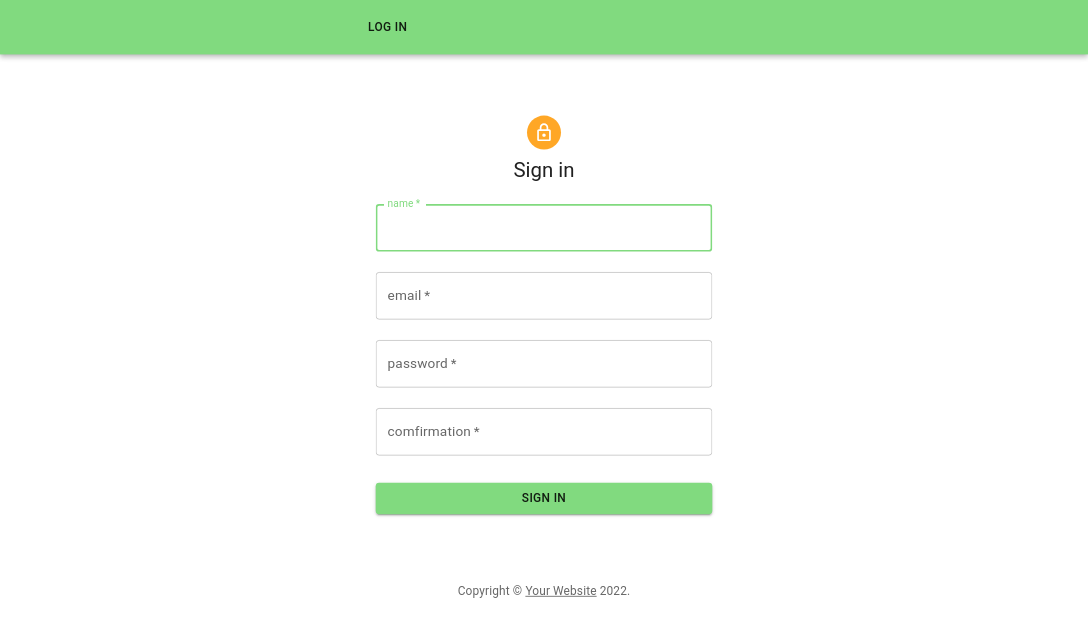
Repository: motohiro0410/motsufood
Page: /signIn (app in frontend/)
The author's editor kept a copy of each file at every save. The page is drawn from the files as they stood at one save, then again after the next save.
The browser window is 1280 px wide. The pictures show the whole page, at 85% of full size.
The project was rebuilt for these pictures with package versions that can differ from the ones it lists, and the page was loaded fresh each time. Also part of the build but not shown: frontend/src/App.css, frontend/src/components/organisms/Footer.tsx, frontend/src/components/organisms/MainHeader.tsx, frontend/src/components/organisms/UserDetailModal.tsx, frontend/src/components/pages/Home.tsx, frontend/src/components/pages/Money.tsx, frontend/src/components/organisms/GroupHeader.tsx, frontend/src/components/pages/Group.tsx and 2 more.

Above is the page before, as saved 2022-08-11 11:13:37.

After the next save:
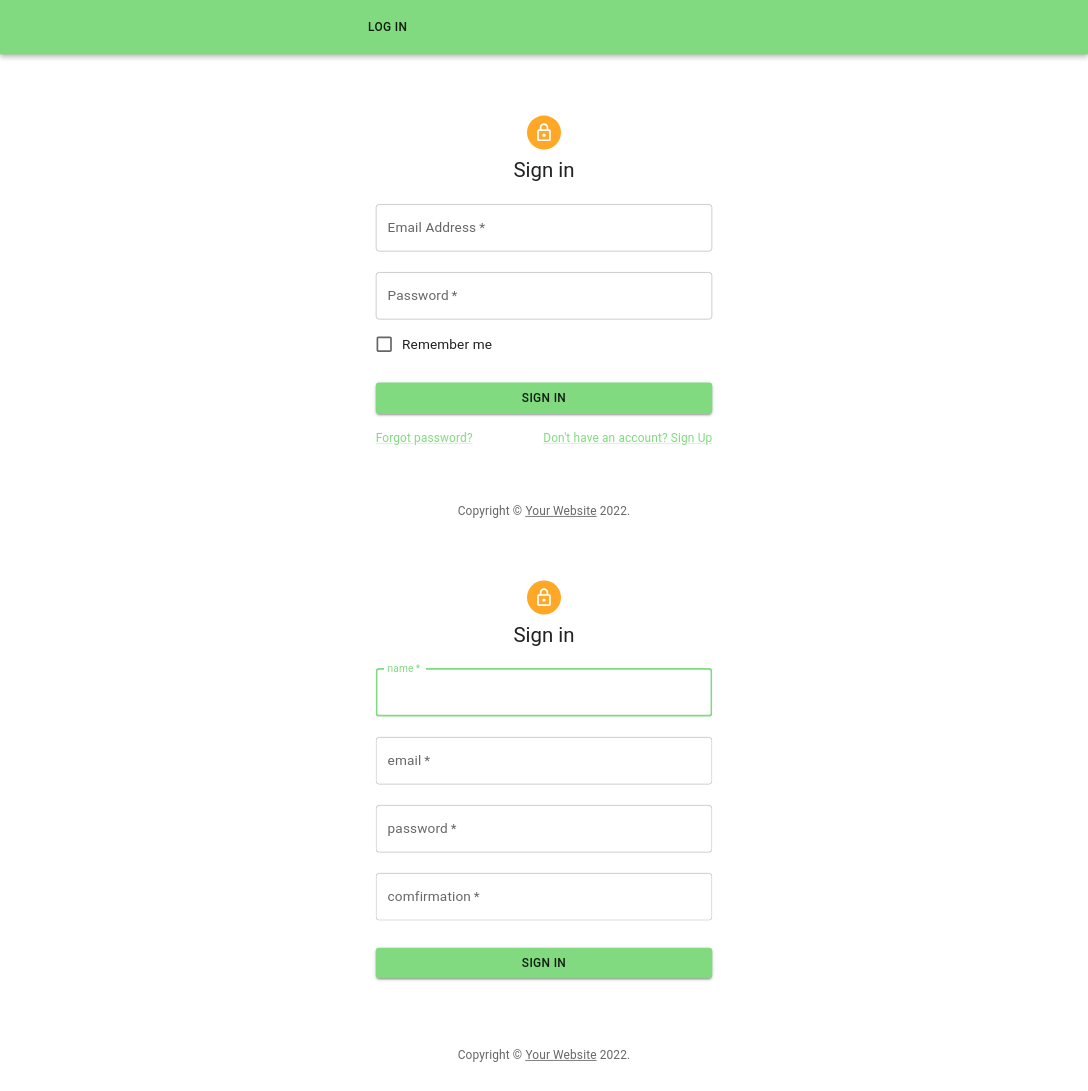
Saved 2 min 1 s later.
--- a/frontend/src/components/organisms/SignInHeader.tsx
+++ b/frontend/src/components/organisms/SignInHeader.tsx
@@ -5,6 +5,8 @@
 import Box from '@mui/material/Box';
 import Toolbar from '@mui/material/Toolbar';
 import Button from '@mui/material/Button';
+import { Login } from '../pages/Login';
+import { SignIn } from '../pages/SignIn';
 
 export const SignInHeader: FC = () => {
 
@@ -15,19 +17,21 @@
 
   return login?(
     <Box>
-    <AppBar position="static" >
-      <Toolbar sx={{ ml: 50 }}>
-        <Button variant="text" color="inherit" onClick={onClickSignIn}>Log in</Button>
-     </Toolbar>
-    </AppBar>
-  </Box>
+      <AppBar position="static" >
+        <Toolbar sx={{ ml: 50 }}>
+          <Button variant="text" color="inherit" onClick={onClickSignIn}>Log in</Button>
+        </Toolbar>
+      </AppBar>
+      <Login />
+    </Box>
   ) : (
-<Box>
-<AppBar position="static" >
-  <Toolbar sx={{ ml: 50 }}>
-    <Button variant="text" color="inherit" onClick={onClickLogIn}>Sgin in</Button>
-  </Toolbar>
-</AppBar>
-</Box>
+    <Box>
+      <AppBar position="static" >
+       <Toolbar sx={{ ml: 50 }}>
+         <Button variant="text" color="inherit" onClick={onClickLogIn}>Sgin in</Button>
+        </Toolbar>
+      </AppBar>
+      <SignIn />
+    </Box>
   )
 }

After the save that followed:
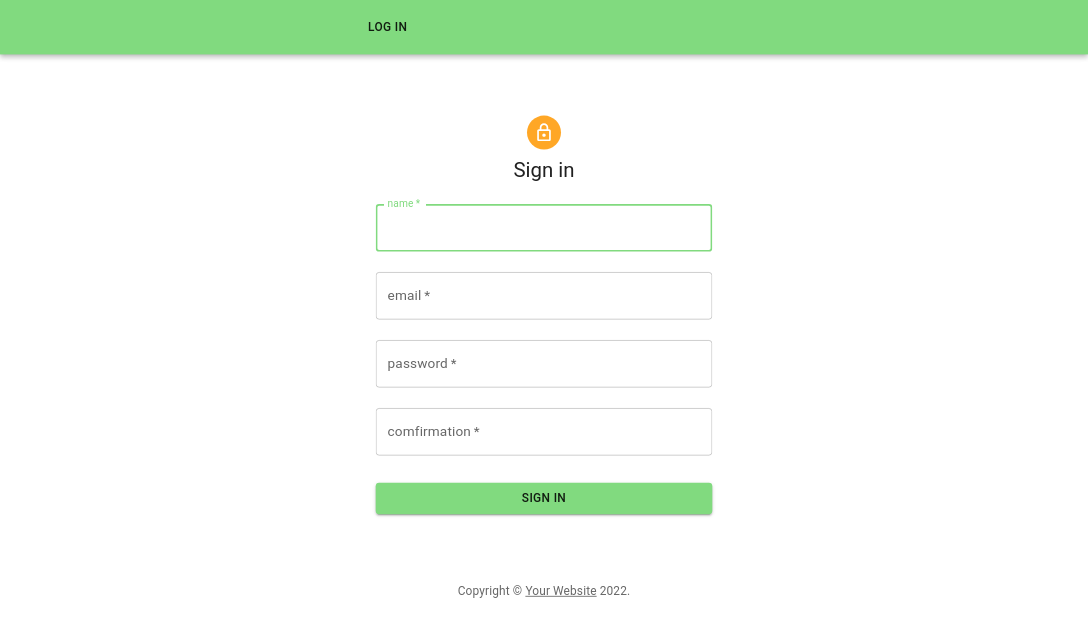
Saved 92 s later.
--- a/frontend/src/components/organisms/SignInHeader.tsx
+++ b/frontend/src/components/organisms/SignInHeader.tsx
@@ -5,8 +5,6 @@
 import Box from '@mui/material/Box';
 import Toolbar from '@mui/material/Toolbar';
 import Button from '@mui/material/Button';
-import { Login } from '../pages/Login';
-import { SignIn } from '../pages/SignIn';
 
 export const SignInHeader: FC = () => {
 
@@ -22,7 +20,6 @@
           <Button variant="text" color="inherit" onClick={onClickSignIn}>Log in</Button>
         </Toolbar>
       </AppBar>
-      <Login />
     </Box>
   ) : (
     <Box>
@@ -31,7 +28,6 @@
          <Button variant="text" color="inherit" onClick={onClickLogIn}>Sgin in</Button>
         </Toolbar>
       </AppBar>
-      <SignIn />
     </Box>
   )
 }
